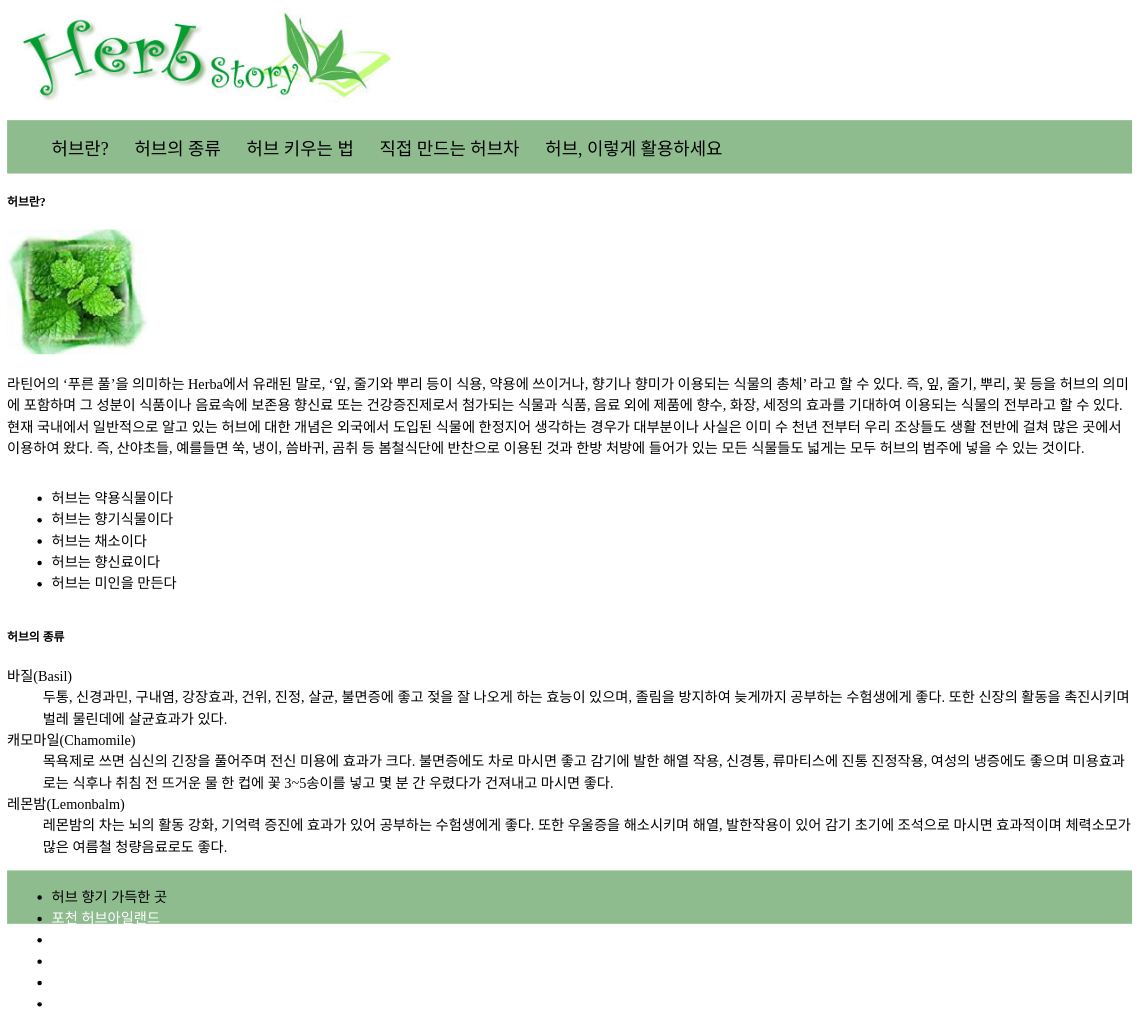
Repository: WonSeungUn/VSCODE
Page: web_work/CSS/WebContent/layout.htm
The author's editor kept a copy of each file at every save. The page is drawn from the files as they stood at one save, then again after the next save.
The browser window is 1280 px wide. The pictures show the whole page, at 89% of full size.

Above is the page before, as saved 2024-07-09 07:52:29.

After the next save:
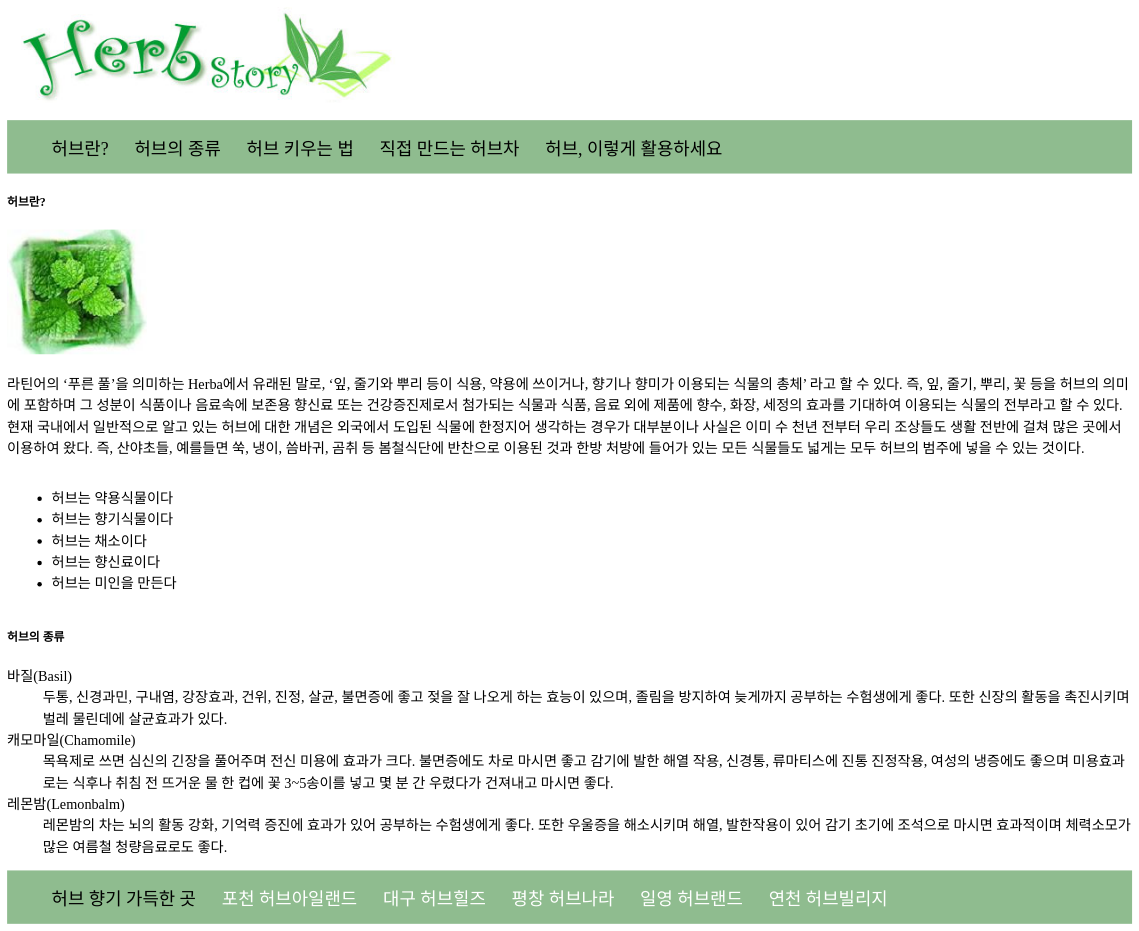
Saved 15 s later.
--- a/web_work/CSS/WebContent/layout.htm
+++ b/web_work/CSS/WebContent/layout.htm
@@ -9,7 +9,7 @@
 		padding: 16px 16px 16px 50px;
 	}
 
-	#menu li {
+	#menu li, #infolist li {
 		display: inline;
 		font-size: 20px;
 		margin-right : 25px;
